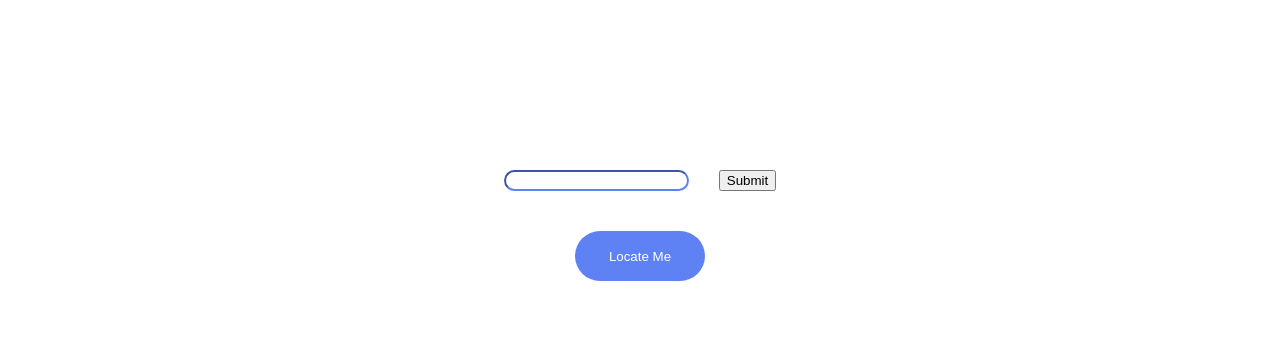
Repository: ahmedazawi/weather-app
Page: /
An editor plug-in stored every save of this project. The page is shown before and after the next save, followed by the edit.
The browser window is 1280 px wide. The pictures show the whole page.
The project was rebuilt for these pictures with package versions that can differ from the ones it lists, and the page was loaded fresh each time. Also part of the build but not shown: src/layout/Header.js, src/assets/css/details.css, src/assets/data/ContextApi.js, src/assets/css/SevenDaysCards.css, src/components/card.js, src/components/SevenDaysCards.js, src/assets/data/Api.js, src/components/Map.js and 2 more.

Above is the page before, as saved 2022-11-30 22:38:25.

After the next save:
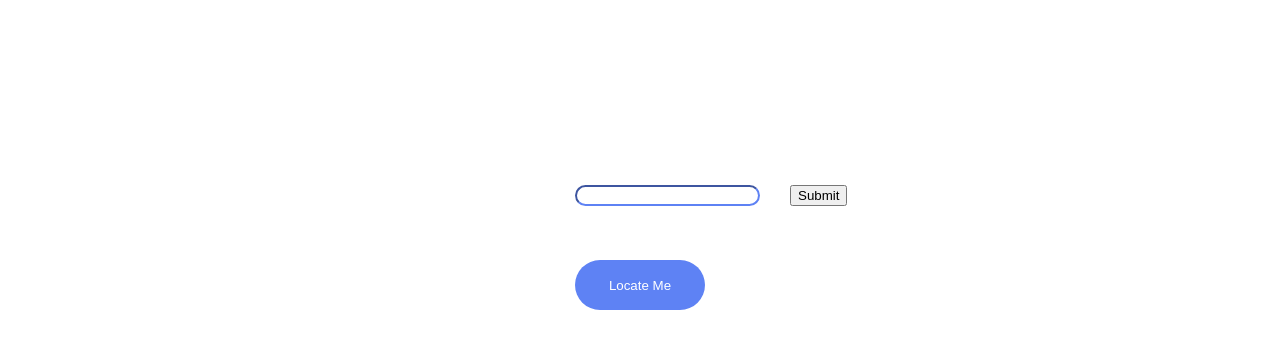
Saved 12 s later.
--- a/src/App.css
+++ b/src/App.css
@@ -24,6 +24,8 @@ body {
   display: flex;
   align-items: center;
   gap: 30px;
+  height: 50px;
+  width: 130px;
 }
 .App > .btn {
   border: none;
